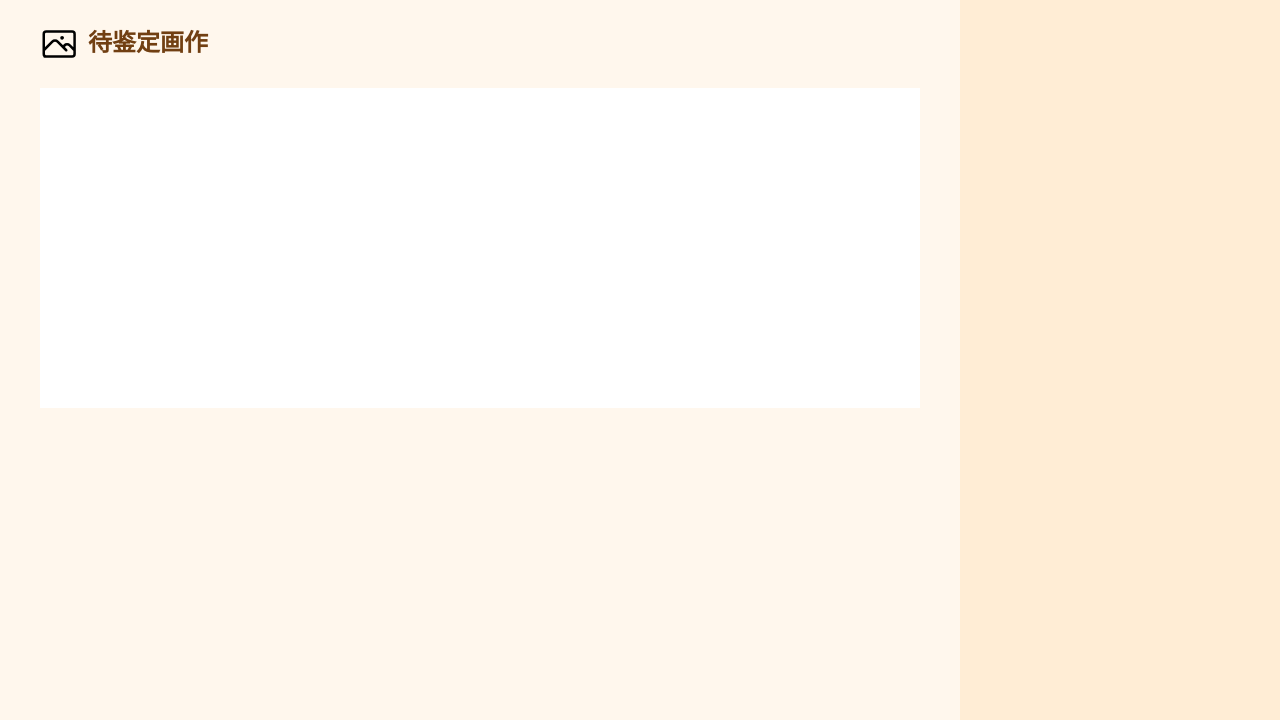
Repository: gaosth/Eyesee
Page: /dtail
These files come from the project's save history. The page is drawn as it stood at one moment and after the next save; the edit follows.
The browser window is 1280 px wide. The pictures show the whole page.
The project was rebuilt for these pictures with package versions that can differ from the ones it lists, and the page was loaded fresh each time. Also part of the build but not shown: vite.config.js, src/components/WelcomeItem.vue, src/components/icons/IconDocumentation.vue, src/components/icons/IconTooling.vue, src/components/icons/IconEcosystem.vue, src/components/icons/IconCommunity.vue, src/components/icons/IconSupport.vue, src/components/TheWelcome.vue and 5 more.

Above is the page before, as saved 2024-03-15 11:54:14.

After the next save:
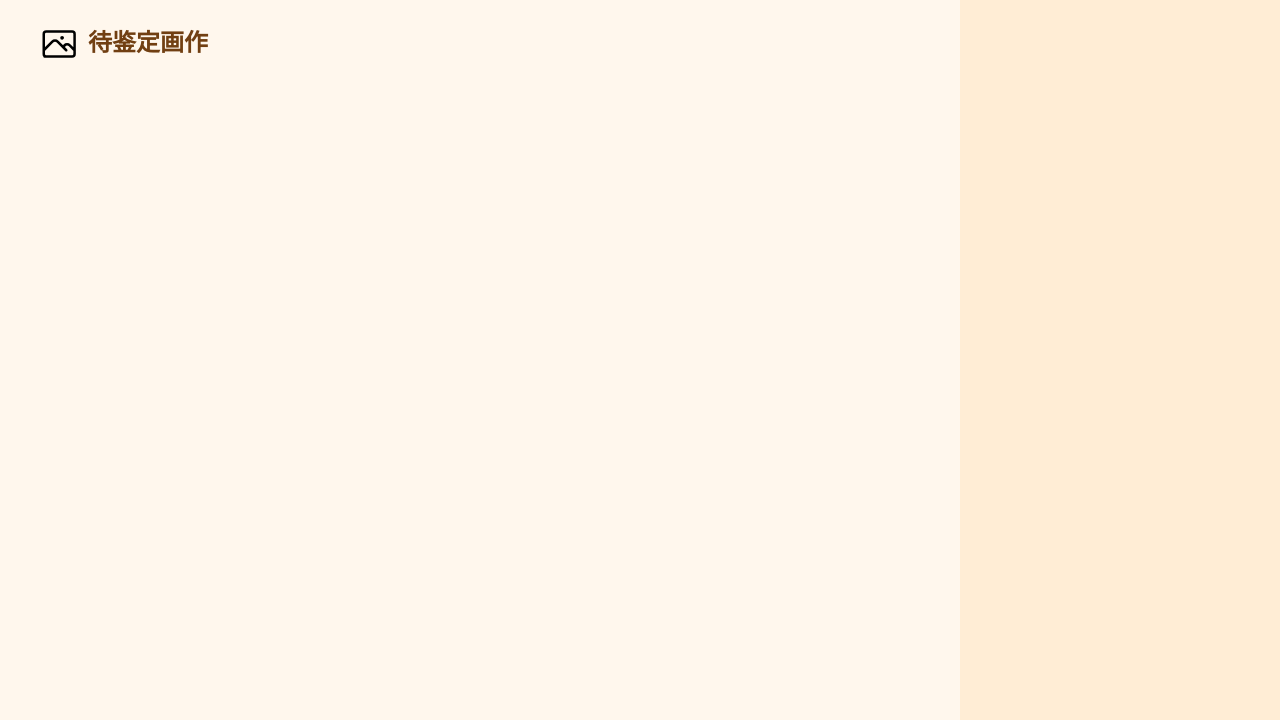
Saved 7 s later.
--- a/src/views/DetailView.vue
+++ b/src/views/DetailView.vue
@@ -12,7 +12,7 @@
                 </div>
             </div>
             <div class = "mx-10 my-6">
-                <div class = "h-80 w-full bg-white">
+                <div class = "h-100 w-full bg-white">
 
                 </div>
             </div>

After the 2 saves that followed:
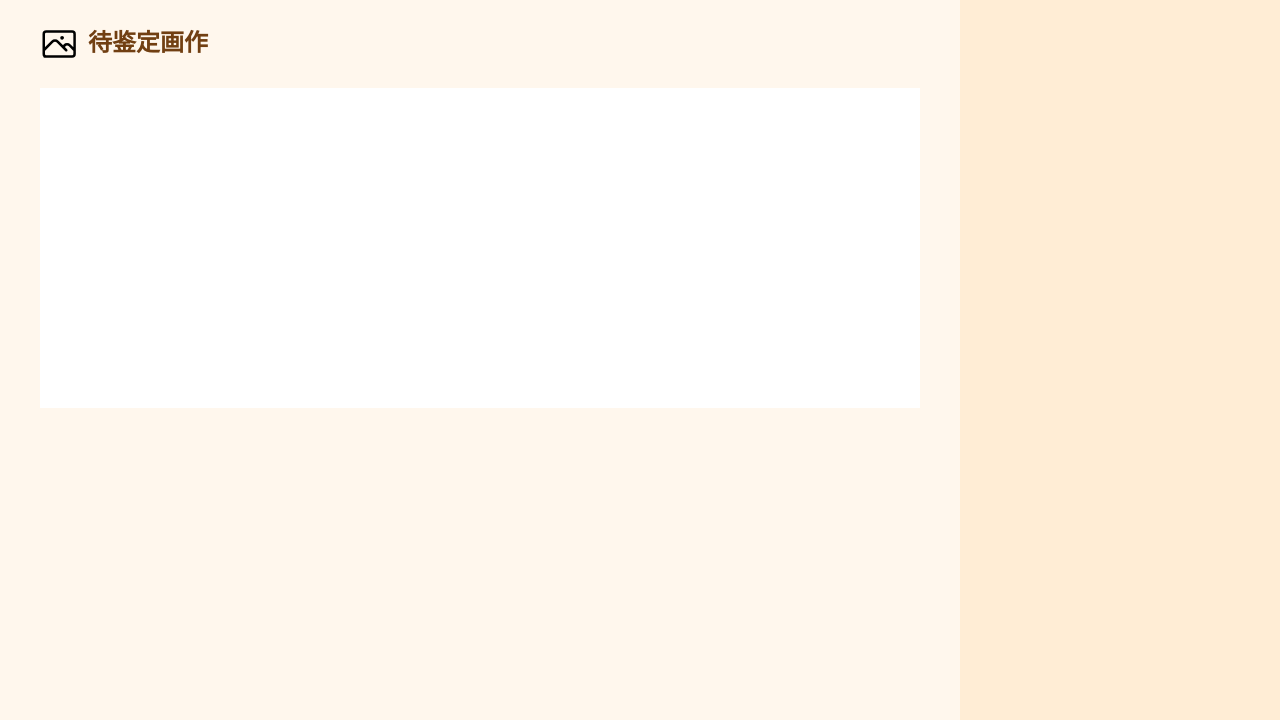
The 2 saves are shown as one change because 1 left the picture as it was.
The last was saved 13 s later.
--- a/src/views/DetailView.vue
+++ b/src/views/DetailView.vue
@@ -12,7 +12,7 @@
                 </div>
             </div>
             <div class = "mx-10 my-6">
-                <div class = "h-100 w-full bg-white">
+                <div class = "h-80 w-full bg-white">
 
                 </div>
             </div>
